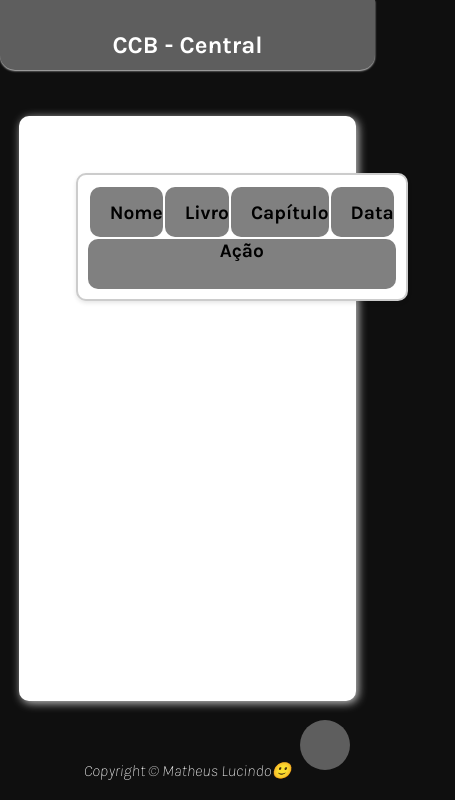
Repository: Matheus904-12/API-da-CCB
Page: index.html
The author's editor kept a copy of each file at every save. The page is drawn from the files as they stood at one save, then again after a run of saves.
The browser window is 375 px wide. The page is 415 px wide, then 455 px, so the pictures cover 455 px, including what lies to the right of the window. The pictures show the whole page.

Above is the page before, as saved 2024-01-14 01:31:16.

### index.html
<!DOCTYPE html>
<html lang="pt-BR">

<head>
    <meta charset="UTF-8">
    <meta http-equiv="X-UA-Compatible" content="IE=edge">
    <meta name="viewport" content="width=device-width, initial-scale=1.0">
    <link rel="preconnect" href="https://fonts.gstatic.com">
    <link href="https://fonts.googleapis.com/css2?family=Karla:ital,wght@0,400;0,700;1,200;1,800&display=swap"
        rel="stylesheet">
    <link rel="stylesheet" href="principal.css">
    <link rel="stylesheet" href="botao.css">
    <link rel="stylesheet" href="registros.css">
    <link rel="stylesheet" href="modal.css">
    <link rel="stylesheet" href="chat.css">
    <script src="script.js" defer></script>
    <title>CCB - Central</title>
</head>

<body>
    <header>

        <h1 class="header-title">CCB - Central</h1>
    </header>
    <br>
    <br>
    <br>
    <br>
    <main>
        <button type="button" class="button blue mobile" id="cadastrarCliente">Adicionar Recitativo</button>
        <table id="tableClient" class="records">
            <thead>
                <tr>
                    <th>Nome</th>
                    <th>Livro</th>
                    <th>Capítulo</th>
                    <th>Data</th>
                    <th>Ação</th>
                </tr>
            </thead>
            <tbody>

            </tbody>
        </table>
        <div class="modal" id="modal">
            <div class="modal-content">
                <header class="modal-header">
                    <h2>Recitativo</h2>
                    <span class="modal-close" id="modalClose">&#10006;</span>
                </header>
                <form id="form" class="modal-form">


                    <input type="text" id="nome" data-index="new" class="modal-field" placeholder="Nome"
                        required>

                    <input type="text" id="livro" class="modal-field" placeholder="Livro" required>

                    <input type="number" id="capitulo" class="modal-field" placeholder="Capítulo" required>

                    <input type="number" id="versiculo" class="modal-field" placeholder="Versículo" required>

                    <input type="date" id="data" class="modal-field" placeholder="Data" required>

                    <label for="auxiliar">Auxiliar</label>
                        <select id="auxiliar" class="modal-field">
                            <option value="none">Nenhum</option>
                            <option value="aline">Aline Gomes Santos</option>
                            <option value="alfredo">Alfredo Bruske Schuster</option>
                            <option value="alef">Alef Vinicius</option>
                            <option value="jose">José Victor Zeller Gonçalves</option>
                            <option value="jonas">Jonas Amorim Lopes da Silva</option>
                            <option value="loraine">Loraine de Assis Souza</option>
                            <option value="natalia">Natália de Sena Marques</option>
                        </select>


                </form>
                <footer class="modal-footer">
                    <button id="salvar" class="button green">Salvar</button>
                    <button id="cancelar" class="button blue">Cancelar</button>
                </footer>
            </div>
        </div>
    </main>
    <footer>
        Copyright &copy; Matheus Lucindo🙂
    </footer>
</body>

</html>

### principal.css
*{
    padding: 0;
    margin: 0;
    box-sizing: border-box;
}

:root{
    --primary-color: #5e5e5e;
    --secundary-color: #bdbd00;
    --shadow-color: #CCC;
    --text-color: #FFF;
}

body{
    min-height: 100vh;
    display: flex;
    flex-direction: column;
    font-family: 'karla', sans-serif;
    position:relative;
    background-color: #0f0f0f;
}

header{
    background-color: var(--primary-color);
    height: 70px;
    text-align: center;
    line-height: 70px;
    box-shadow: 0 1px 2px var(--shadow-color);
    border-radius: 0px 0px 15px 15px;
}

.header-title{
    color: white;
    font-size: 2rem;
}

main{
    flex-grow: 1;
    display: flex;
    flex-direction: column;
    align-items: flex-start;
    width: 90%;
    margin: 5vh auto;
    padding: 50px;
    box-shadow: 2px 2px 10px var(--shadow-color);
    gap: 20px;
    border-radius: 10px;
    background-color: #ffffff;
}

main, th {
}

footer{
    width:100;
    text-align: center;
    font-weight: 200;
    font-style: italic;
    padding: 20px;
    color: white;
}

### botao.css
.button{
    border-style: none;
    height: 40px;
    padding: 6px 12px;
    background-color: black;
    color: white;
    font-size: 1rem;
    cursor: pointer;
    transition: box-shadow .6s ease;
    border-radius: 10px;
}

.button.blue{
    background-color: #bdbd00;
}

button.green{
    background-color: #13CE66;
}

button.red{
    background-color: #FF4949;
}

.button:hover{
    box-shadow: inset 200px 0 0 #00000055;
}

/* Estilização da barra de rolagem */
::-webkit-scrollbar {
    width: 12px; /* Largura da barra de rolagem */
    border-radius: 10px;
}

::-webkit-scrollbar-thumb {
    background-color: #dbc834; /* Cor do polegar da barra de rolagem */
    border-radius: 100px; /* Borda do polegar da barra de rolagem */
}

::-webkit-scrollbar-track {
    display: none;
}

::-webkit-scrollbar-thumb:hover {
    background-color: #bdbd00; /* Cor do polegar da barra de rolagem ao passar o mouse sobre ele */
}

### registros.css
.records{
    width: 100%;
    user-select: none;
    text-align: left;
}

.records th{
    height: 50px;
    background-color:gray;
    padding-left: 20px;
    font-size: 1.2rem;
    border-radius: 10px;
}
.records td{
    height: 50px;
    padding-left: 20px;
    border-radius: 10px;
}

.records th:last-child,
.records td:last-child{
    padding: 0;
    min-width: 140px;
    text-align: center;
}

.records tr:hover{
    background-color: var(--secundary-color);
}

.records tr {
    border-radius: 10px;
}

### modal.css
.modal{
    position: fixed;
    top:0;
    left:0;
    width: 100%;
    height: 100%;
    background: #00000090;
    opacity: 0;
    z-index: -1;
}

.modal.active{
    opacity: 1;
    z-index: 1;
}

.modal-content{
    display: flex;
    flex-direction: column;
    gap:20px;
    width: 50vw;
    margin: 15vh auto;
    padding-bottom: 20px;
    background-color: white;
    box-shadow: 1px 1px 10px black;
    border-radius: 15px;
}

.modal-header{
    display: flex;
    position: relative;
    justify-content: center;
    height: 40px;
    line-height: 40px;
    font-size: 1rem;
    border-radius: 10px;
}

.modal-header, #h2 {
    color: white
}

.modal-close{
    position: absolute;
    right: 0;
    display: block;
    width: 40px;
    height: 40px;
    text-align: center;
    user-select: none;
    cursor: pointer;
    border-radius: 10px;
}

.modal-close:hover{
    background-color: #FF4949;
    color: white;
}

.modal-form{
    display: flex;
    justify-content: space-between;
    flex-wrap: wrap;
    gap: 20px;
    padding: 0 20px;
}

.modal-field{
    width: calc(50% - 10px);
    height: 40px;
    outline-style: none;
    border-style: none;
    box-shadow: 0 0 2px black;
    padding: 0 10px;
    font-size:1rem;
    border-radius: 10px;
}

.modal-field:focus{
    border: 2px solid var(--primary-color);
    box-shadow: 0 0 3px var(--primary-color);
}


.modal-footer{
    background-color: inherit;
    text-align: right;
    padding: 0 20px;
}

### chat.css
@media (max-width: 480px) {
    header {
        position: fixed;
        width: 100%;
        background-color: var(--primary-color);
        z-index: 1000;
    }

    .header-title {
        font-size: 1.5rem;
        color: white;
        padding: 10px;
        text-align: center;
    }

    .button.mobile {
        font-size: 0;
        width: 50px;
        height: 50px;
        border-radius: 50%;
        position: fixed;
        top: 90vh;
        left: 80vw;
        background-color: var(--primary-color);
        border: none;
        display: flex;
        align-items: center;
        justify-content: center;
        z-index: 1001;
    }

    .button.mobile img {
        width: 60%;
        height: 60%;
        filter: invert(1);
    }

    .records th.mobile,
    .records td.mobile {
        display: none;
    }

    .records tr {
        border-radius: 10px;
        display: block;
        margin-bottom: 20px;
        border: 2px solid #ccc;
        background-color: white;
        box-shadow: 0 2px 4px rgba(0, 0, 0, 0.1);
        padding: 10px;
        margin: 5px;
    }

    .records td {
        display: flex;
        flex-wrap: wrap;
        justify-content: space-between;
        margin: 10px 0;
    }

    .records th:last-child,
    .records td:last-child {
        padding: 0;
        min-width: 140px;
        text-align: center;
        display: block;
        margin: 0 auto;
    }

    .modal {
        top: 100%;
        transition: all 1s ease;
        background-color: rgba(0, 0, 0, 0.5);
        display: flex;
        align-items: center;
        justify-content: center;
    }

    .modal.active {
        top: 0;
    }

    .modal-content {
        margin: 0;
        width: 90%;
        max-width: 400px;
        background-color: white;
        box-shadow: 0 2px 4px rgba(0, 0, 0, 0.1);
        border-radius: 10px;
        padding: 20px;
        position: relative;
    }

    .modal-field {
        width: 100%;
        margin-bottom: 15px;
        padding: 10px;
        border: 1px solid #ccc;
        border-radius: 5px;
        box-sizing: border-box;
    }
}

### script.js
'use strict'

const openModal = () => document.getElementById('modal')
    .classList.add('active')

const closeModal = () => {
    clearFields()
    document.getElementById('modal').classList.remove('active')
}


const getLocalStorage = () => JSON.parse(localStorage.getItem('db_client')) ?? []
const setLocalStorage = (dbClient) => localStorage.setItem("db_client", JSON.stringify(dbClient))

// CRUD - create read update delete
const deleteClient = (index) => {
    const dbClient = readClient()
    dbClient.splice(index, 1)
    setLocalStorage(dbClient)
}

const updateClient = (index, client) => {
    const dbClient = readClient()
    dbClient[index] = client
    setLocalStorage(dbClient)
}

const readClient = () => getLocalStorage()

const createClient = (client) => {
    const dbClient = getLocalStorage()
    dbClient.push (client)
    setLocalStorage(dbClient)
}

const isValidFields = () => {
    return document.getElementById('form').reportValidity()
}

//Interação com o layout

const clearFields = () => {
    const fields = document.querySelectorAll('.modal-field')
    fields.forEach(field => field.value = "")
    document.getElementById('nome').dataset.index = 'new'
    document.querySelector(".modal-header>h2").textContent  = 'Novo Versículo'
}

const saveClient = () => {
    if (isValidFields()) {
        const client = {
            auxiliar: document.getElementById('auxiliar').value,
            nome: document.getElementById('nome').value,
            livro: document.getElementById('livro').value,
            capitulo: document.getElementById('capitulo').value,
            versiculo: document.getElementById('versiculo').value,
            data: document.getElementById('data').value
        }
        const index = document.getElementById('nome').dataset.index;
        if (index == 'new') {
            createClient(client);
            updateTable();
            closeModal();
        } else {
            updateClient(index, client);
            updateTable();
            closeModal();
        }
    }
}

const createRow = (client, index) => {
    const newRow = document.createElement('tr')
    newRow.innerHTML = `

        <td>${client.nome}</td>
        <td>${client.livro}</td>
        <td>${client.capitulo}</td>
        <td>${client.data}</td>
        <td>
            <button type="button" class="button green" id="edit-${index}">Editar</button>
            <button type="button" class="button red" id="delete-${index}" >Excluir</button>
        </td>
    `
    document.querySelector('#tableClient>tbody').appendChild(newRow)
}

const clearTable = () => {
    const rows = document.querySelectorAll('#tableClient>tbody tr')
    rows.forEach(row => row.parentNode.removeChild(row))
}

const updateTable = () => {
    const dbClient = readClient()
    clearTable()
    dbClient.forEach(createRow)
}

const fillFields = (client) => {
    document.getElementById('auxiliar').value = client.auxiliar
    document.getElementById('nome').value = client.nome
    document.getElementById('livro').value = client.livro
    document.getElementById('capitulo').value = client.capitulo
    document.getElementById('versiculo').value = client.versiculo
    document.getElementById('data').value = client.data
    document.getElementById('nome').dataset.index = client.index
}

const editClient = (index) => {
    const client = readClient()[index]
    client.index = index
    fillFields(client)
    document.querySelector(".modal-header>h2").textContent  = `Editando ${client.nome}`
    openModal()
}

const editDelete = (event) => {
    if (event.target.type == 'button') {

        const [action, index] = event.target.id.split('-')

        if (action == 'edit') {
            editClient(index)
        } else {
            const client = readClient()[index]
            const response = confirm(`Deseja realmente excluir o cliente ${client.nome}`)
            if (response) {
                deleteClient(index)
                updateTable()
            }
        }
    }
}

updateTable()

// Eventos
document.getElementById('cadastrarCliente')
    .addEventListener('click', openModal)

document.getElementById('modalClose')
    .addEventListener('click', closeModal)

document.getElementById('salvar')
    .addEventListener('click', saveClient)

document.querySelector('#tableClient>tbody')
    .addEventListener('click', editDelete)

document.getElementById('cancelar')
    .addEventListener('click', closeModal)

After the next 3 saves:
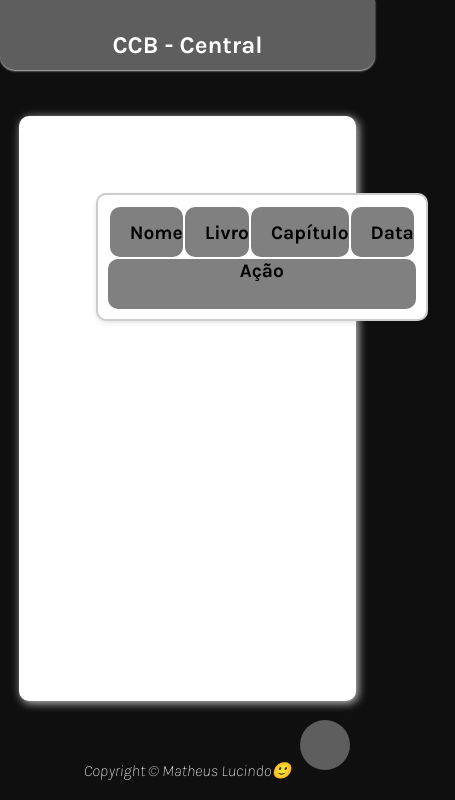
The 3 saves are shown as one change because they came seconds apart.
The last was saved 11 s later.
--- a/chat.css
+++ b/chat.css
@@ -48,7 +48,7 @@
         background-color: white;
         box-shadow: 0 2px 4px rgba(0, 0, 0, 0.1);
         padding: 10px;
-        margin: 5px;
+        margin: 25px;
     }
 
     .records td {
